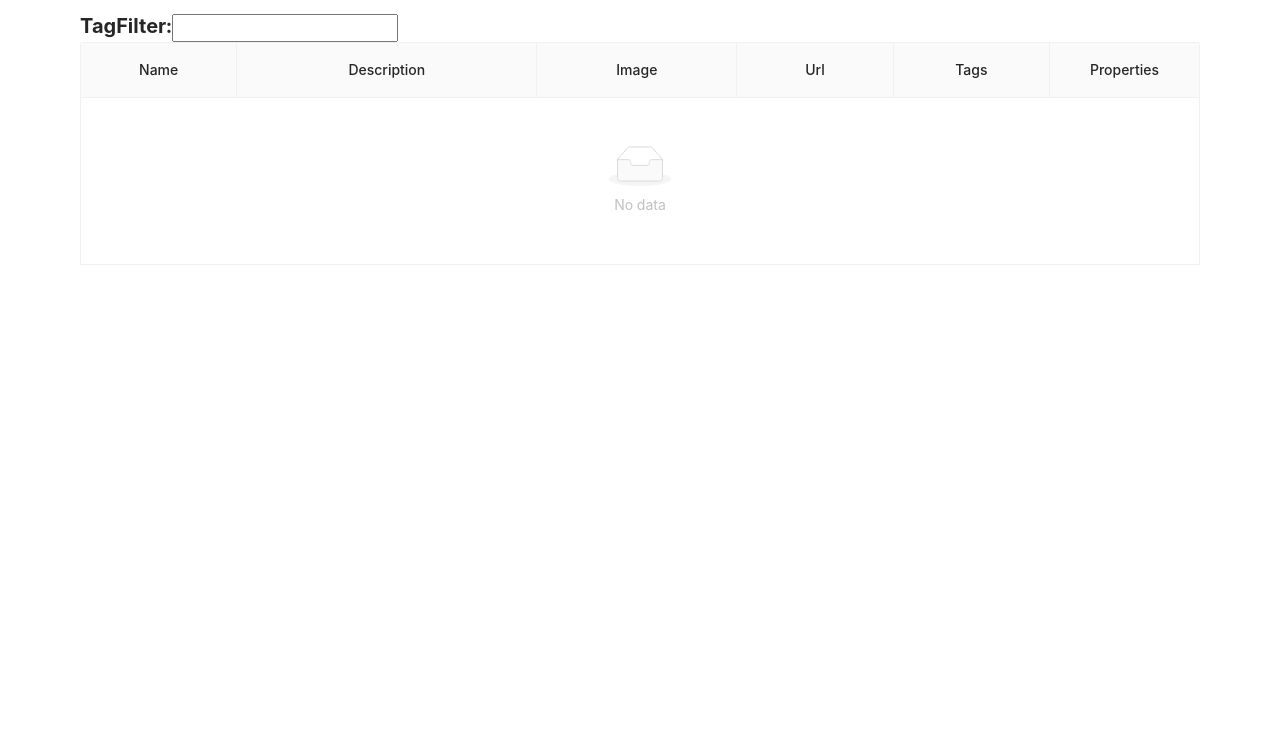
Repository: nitpfy/vote-applet
Page: / (app in table/)
The author's editor kept a copy of each file at every save. The page is drawn from the files as they stood at one save, then again after the next save.
The browser window is 1280 px wide. The pictures show the whole page.
The page's requests for data from a server got no answer. The project was rebuilt for these pictures with package versions that can differ from the ones it lists, and the page was loaded fresh each time. No one was signed in, and anything a server would have sent is missing.

Above is the page before, as saved 2022-01-20 02:06:21.

### table/public/index.html
<!DOCTYPE html>
<html lang="en">
  <head>
    <meta charset="utf-8" />
    <meta name="viewport" content="width=device-width, initial-scale=1" />
    <meta name="theme-color" content="#000000" />
    <meta
      name="description"
      content="Web site created using create-react-app"
    />

    <title>Table</title>
  </head>
  <body>
    <noscript>You need to enable JavaScript to run this app.</noscript>
    <div id="root"></div>
  </body>
</html>

### table/src/App.js
import React, { memo, useEffect, useState } from 'react';
import 'antd/dist/antd.css';
import { Table, Tag, Space, Modal, Button, Tooltip } from 'antd';
import {useAxios} from './hooks'

const Cpn = (props) => {
  const [isModalVisible, setIsModalVisible] = useState(false);
  const data=props.item.map((it,idx)=>({...it,key:idx}))
  const columns = [
    {
      title: 'Type',
      dataIndex: 'type',
      key: 'type',
      align:'center',
    },
    {
      title: 'Url',
      dataIndex: 'url',
      key: 'url',
      align:'center',
      render: url => <a href={url}>{url}</a>,
    }]
  const showModal = () => {
    setIsModalVisible(true);
  };

  const handleOk = () => {
    setIsModalVisible(false);
  };

  const handleCancel = () => {
    setIsModalVisible(false);
  };

  return (
    <>
      <Button type="primary" onClick={showModal}>
        Proprety
      </Button>
      <Modal visible={isModalVisible} onOk={handleOk} onCancel={handleCancel} width='630px'  closable='false'>
      <div style={{margin:'20px 0 0 0'}}>
        <Table columns={columns} dataSource={data} bordered='true' pagination={false}/>
      </div>
      </Modal>
    </>
  );
};

export default memo(function App() {
  const {data,loading,error} = useAxios({url:'http://www.mocky.io/v2/5ea28891310000358f1ef182'})
  const [datas, setdatas] = useState()
  useEffect(()=>{
    setdatas(data?.apis.map((it,idx)=>({...it,key:idx})))
  },[data])
  if(loading) return loading
  if(error) console.log('error:',error);

  console.log('datas:',datas);
  const columns = [
    {
      title: 'Name',
      dataIndex: 'name',
      key: 'name',
      align:'center',
    },
    {
      title: 'Description',
      dataIndex: 'description',
      key: 'description',
      width:'300px',
      align:'center',
      render: text => <Tooltip placement="topLeft" title={text}>{text}</Tooltip>,
      onCell: () => {
        return {
          style: {
            maxWidth: 300,
            overflow: 'hidden',
            whiteSpace: 'nowrap',
            textOverflow: 'ellipsis'
          }
        }
      },
    },
    {
      title: 'Image',
      dataIndex: 'image',
      key: 'image',
      align:'center',
      width:'200px',
      render: img => <img src={img} alt='null'></img>,
    },
    {
      title: 'Url',
      dataIndex: 'baseURL',
      key: 'url',
      align:'center',
      render: url => <a href={url}>{url}</a>,
    },
    {
      title: 'Tags',
      key: 'tags',
      dataIndex: 'tags',
      align:'center',
      render: tags => (
        <>
          {tags.map(tag => {
            let color = tag.length > 5 ? 'geekblue' : 'green';
            return (
              <Tag color={color} key={tag} style={{margin:'0px'}}>
                {tag.toUpperCase()}
              </Tag>
            );
          })}
        </>
      ),
    },
    {
      title: 'Properties',
      key: 'properties',
      dataIndex: 'properties',
      align:'center',
      width:'150px',
      render: (item,idx) => (
        <Cpn item={item}></Cpn>
      ),
    },
  ];
  return (
  <div style={{width:'1120px',margin:'11px auto'}}>
    <div><strong style={{fontSize:'20px'}}>TagFilter:</strong><input/></div>
    <Table columns={columns} dataSource={datas} bordered='true' scroll={{ y: '500px' }} pagination={false}/>
  </div>
  );
});

### table/src/hooks.js
import React, { memo, useEffect,useState } from 'react';
import axios from 'axios';

export function useAxios(config){
  const [data, setdata] = useState()
  const [loading, setloading] = useState(true)
  const [error, seterror] = useState()
  const [i, setI] = useState(0)
  useEffect(() => {
    const CancelToken = axios.CancelToken
    const source = CancelToken.source()
    var req = axios({
      ...config,
      cancelToken: source.token,
    })
    req.then(res=>{
      setdata(res.data)
      setloading(false)
    }).catch(e=>{
      seterror('400:',e.toString())
      setloading(false)
    })
    return () => source.cancel()
  }, [config.url,i])
  function update(){
    setI(i+1)
  }
  return {data,loading,error,update}
}

Loaded but not shown: table/src/index.js (common file)

After the next save:
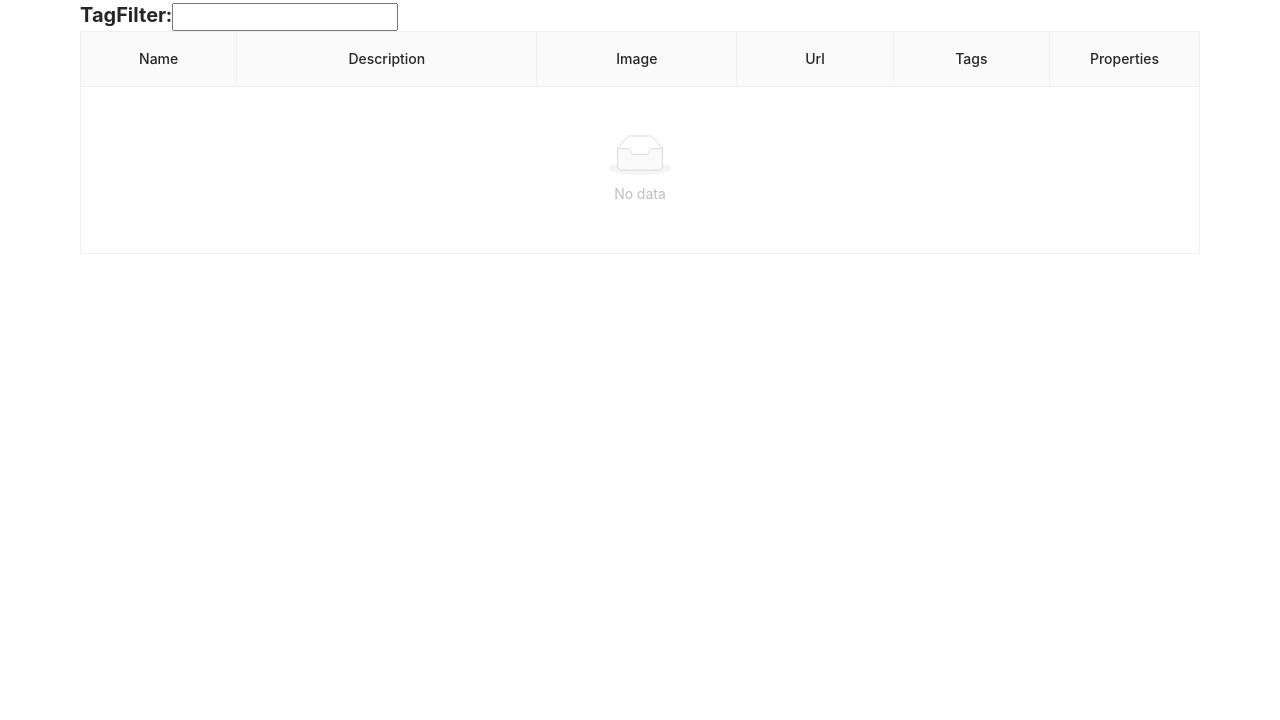
Saved 16 s later.
--- a/table/src/App.js
+++ b/table/src/App.js
@@ -126,7 +126,7 @@ export default memo(function App() {
     },
   ];
   return (
-  <div style={{width:'1120px',margin:'11px auto'}}>
+  <div style={{width:'1120px',margin:'auto'}}>
     <div><strong style={{fontSize:'20px'}}>TagFilter:</strong><input/></div>
     <Table columns={columns} dataSource={datas} bordered='true' scroll={{ y: '500px' }} pagination={false}/>
   </div>
